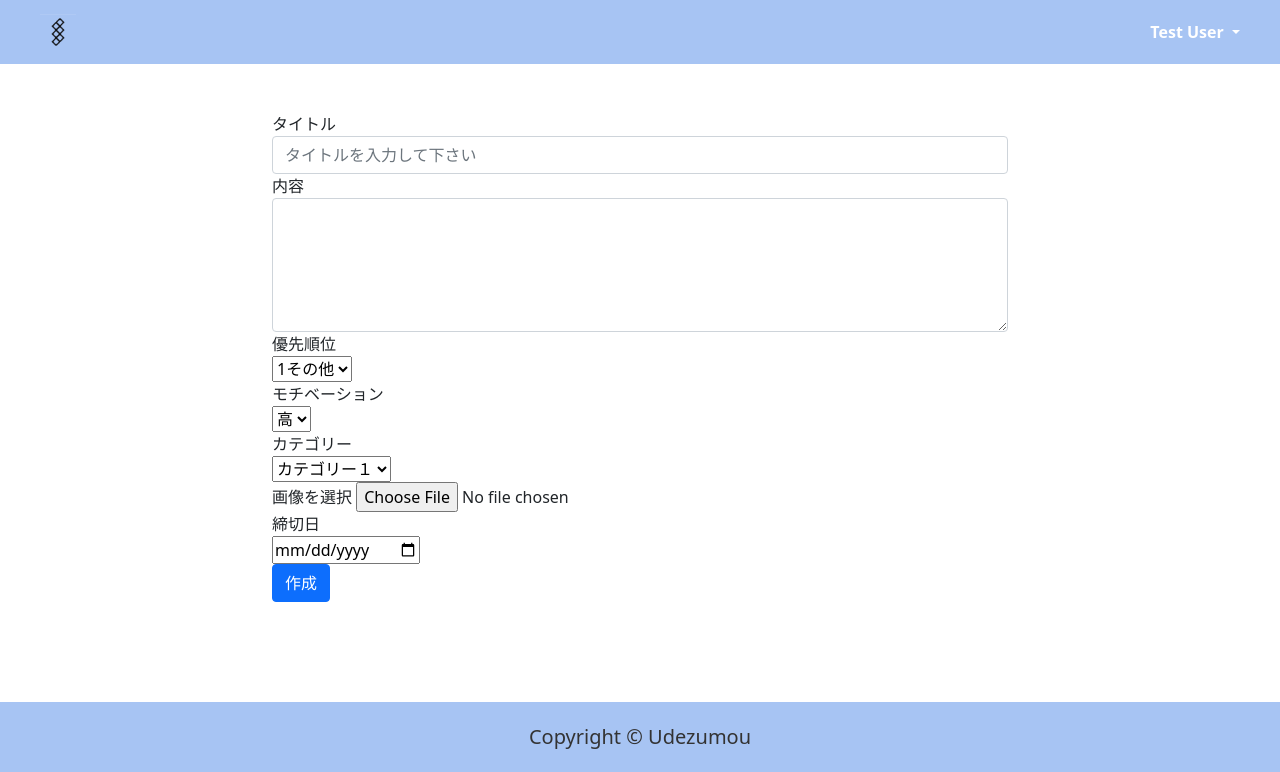
Repository: Kongbu0217/79Udezumou
Page: http://localhost/posts/create
An editor plug-in stored every save of this project. The page is shown before and after a run of saves, followed by the edit.
The browser window is 1280 px wide. The pictures show the whole page.
Some web libraries are served in a nearby version. The page is served by the project's Laravel application, run on PHP 8.4 with Laravel 10. A made-up administrator, Test User (test@example.com), is signed in.

Above is the page before, as saved 2024-12-18 16:31:03.

After the next 3 saves:
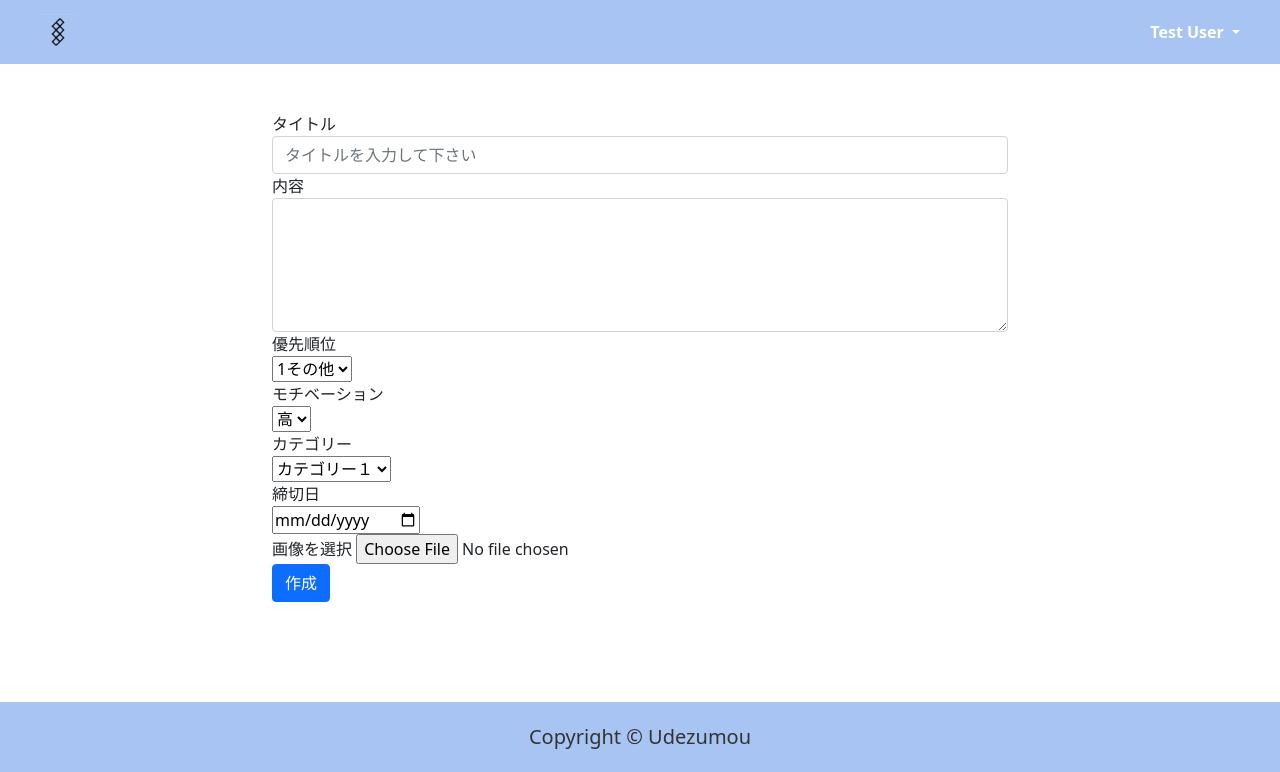
The 3 saves are shown as one change because they came seconds apart.
The last was saved 100 s later.
--- a/resources/views/posts/create.blade.php
+++ b/resources/views/posts/create.blade.php
@@ -39,17 +39,17 @@
                         <option value="third">カテゴリー３</option>
                     </select>
                 </div>
-                {{-- 画像投稿フォーム（MIO） --}}
-                <form action="{{ route('posts.store') }}" method="POST" enctype="multipart/form-data">
-                    @csrf
-                    <label for="image">画像を選択</label>
-                    <input type="file" name="image" id="image">
-                </form>
-                {{-- MIO --}}
                 <div>
                     <label>締切日</label><br>
                     <input type="date" name="cob">
                 </div>
+                                {{-- 画像投稿フォーム（MIO） --}}
+                                <form action="{{ route('posts.store') }}" method="POST" enctype="multipart/form-data">
+                                    @csrf
+                                    <label for="image">画像を選択</label>
+                                    <input type="file" name="image" id="image">
+                                </form>
+                                {{-- MIO --}}
                 <button type="submit" class="btn btn-primary">作成</button>
             </form>
         </div>
